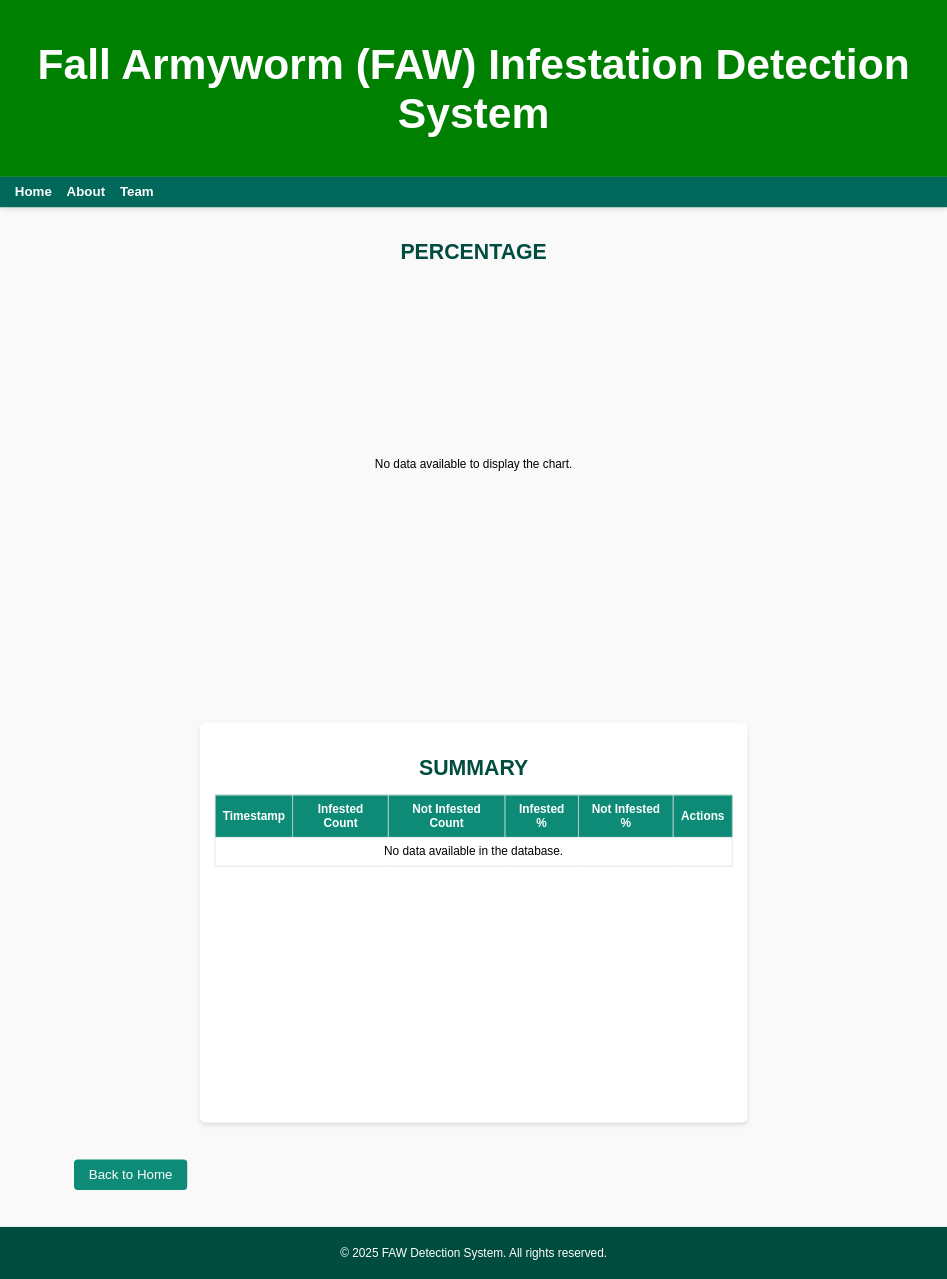
Repository: jansen223/faw-detection-main
Page: /summary
The author's editor kept a copy of each file at every save. The page is drawn from the files as they stood at one save, then again after the next save.
The browser window is 1280 px wide. The pictures show the whole page, at 74% of full size.
The page's requests for data from a server got no answer. The project was rebuilt for these pictures with package versions that can differ from the ones it lists, and the page was loaded fresh each time. No one was signed in, and anything a server would have sent is missing. Also part of the build but not shown: src/pages/Home.css, src/pages/Home.js, src/pages/About.css, src/pages/About.js, src/pages/Team.css, src/pages/Team.js.

Above is the page before, as saved 2025-04-14 00:38:52.

After the next save:
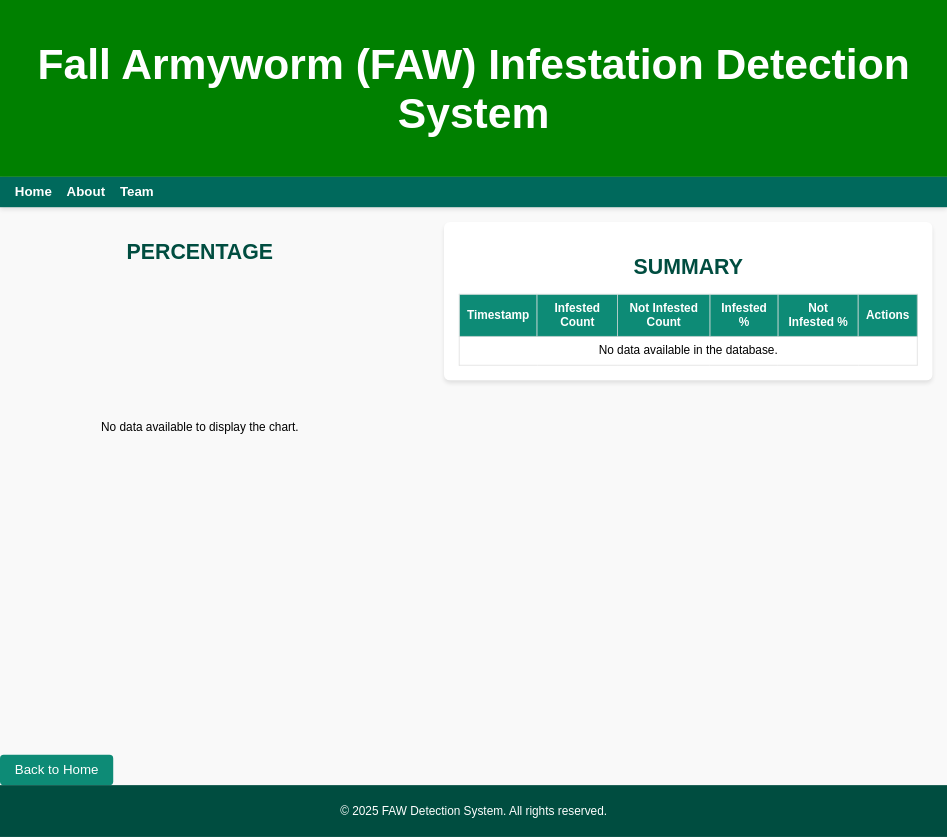
Saved 4 min 8 s later.
--- a/src/pages/Summary.css
+++ b/src/pages/Summary.css
@@ -4,25 +4,25 @@
   justify-content: center;
   align-items: flex-start;
   width: 100%;
+  height: 100vh; /* Make the container occupy the full viewport height */
   padding: 20px;
   box-sizing: border-box;
-  gap: 100px;
+  gap: 80px; /* Match the gap with Home.css */
 }
 
 .chart-section {
-  width: 100%;
+  flex: 1;
   max-width: 500px;
   text-align: center;
   display: flex;
   flex-direction: column;
   align-items: center;
   justify-content: center;
-  min-height: 500px; /* Ensure enough height for the pie chart */
 }
 
 .chart-wrapper {
-  width: 500px;
-  height: 500px;
+  width: 400px; /* Adjust the size to fit the screen */
+  height: 400px;
   display: flex;
   align-items: center;
   justify-content: center;
@@ -41,10 +41,8 @@
 }
 
 .summary-section {
-  width: 100%;
+  flex: 1;
   max-width: 700px; /* Limit table width */
-  height: 500px;
-  overflow-y: auto;
   padding: 20px;
   box-shadow: 0 4px 6px rgba(0, 0, 0, 0.1);
   background-color: #ffffff;
@@ -81,7 +79,7 @@
 }
 
 .back-button {
-  margin: 30px 0 50px 100px;
+  margin-top: 20px;
   padding: 10px 20px;
   background-color: #0d8b76;
   color: white;
